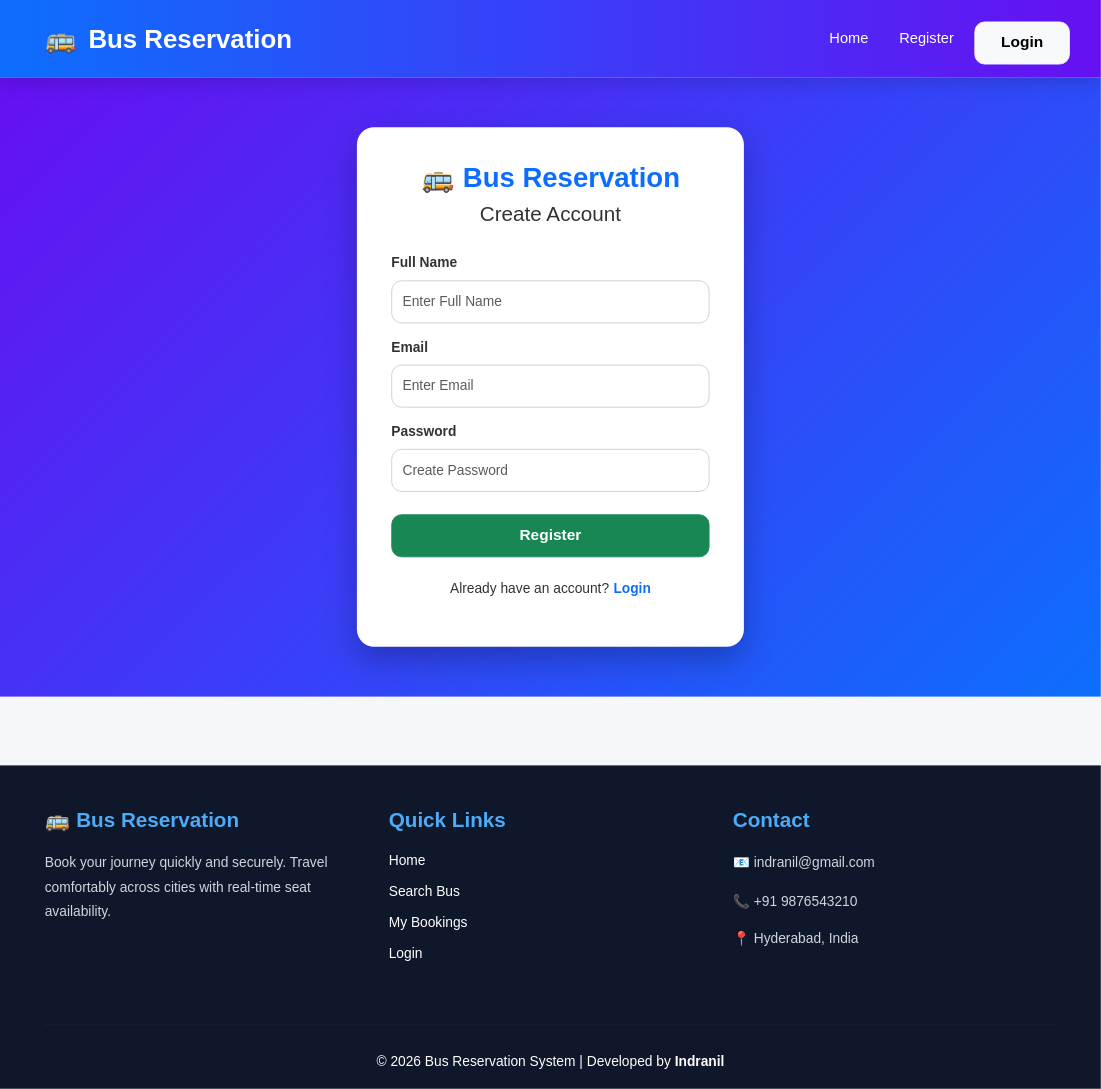
Repository: Eswarabhinay06/Bus-Reservation-System
Page: /register (app in AIML-09-Bus-Reservation-System-main/bus-reservation-frontend/)
These files come from the project's save history. The page is drawn as it stood at one moment and after the next save; the edit follows.
The browser window is 1280 px wide. The pictures show the whole page, at 86% of full size.
The project was rebuilt for these pictures with package versions that can differ from the ones it lists, and the page was loaded fresh each time. Also part of the build but not shown: AIML-09-Bus-Reservation-System-main/bus-reservation-frontend/vite.config.js, AIML-09-Bus-Reservation-System-main/bus-reservation-frontend/src/styles/Hero.css, AIML-09-Bus-Reservation-System-main/bus-reservation-frontend/src/components/Hero.jsx, AIML-09-Bus-Reservation-System-main/bus-reservation-frontend/src/components/SearchBar.jsx, AIML-09-Bus-Reservation-System-main/bus-reservation-frontend/src/styles/BusCard.css, AIML-09-Bus-Reservation-System-main/bus-reservation-frontend/src/components/BusCard.jsx, AIML-09-Bus-Reservation-System-main/bus-reservation-frontend/src/styles/SeatSelection.css, AIML-09-Bus-Reservation-System-main/bus-reservation-frontend/src/components/SeatSelection.jsx and 6 more.

Above is the page before, as saved 2026-07-14 10:46:50.

After the next save:
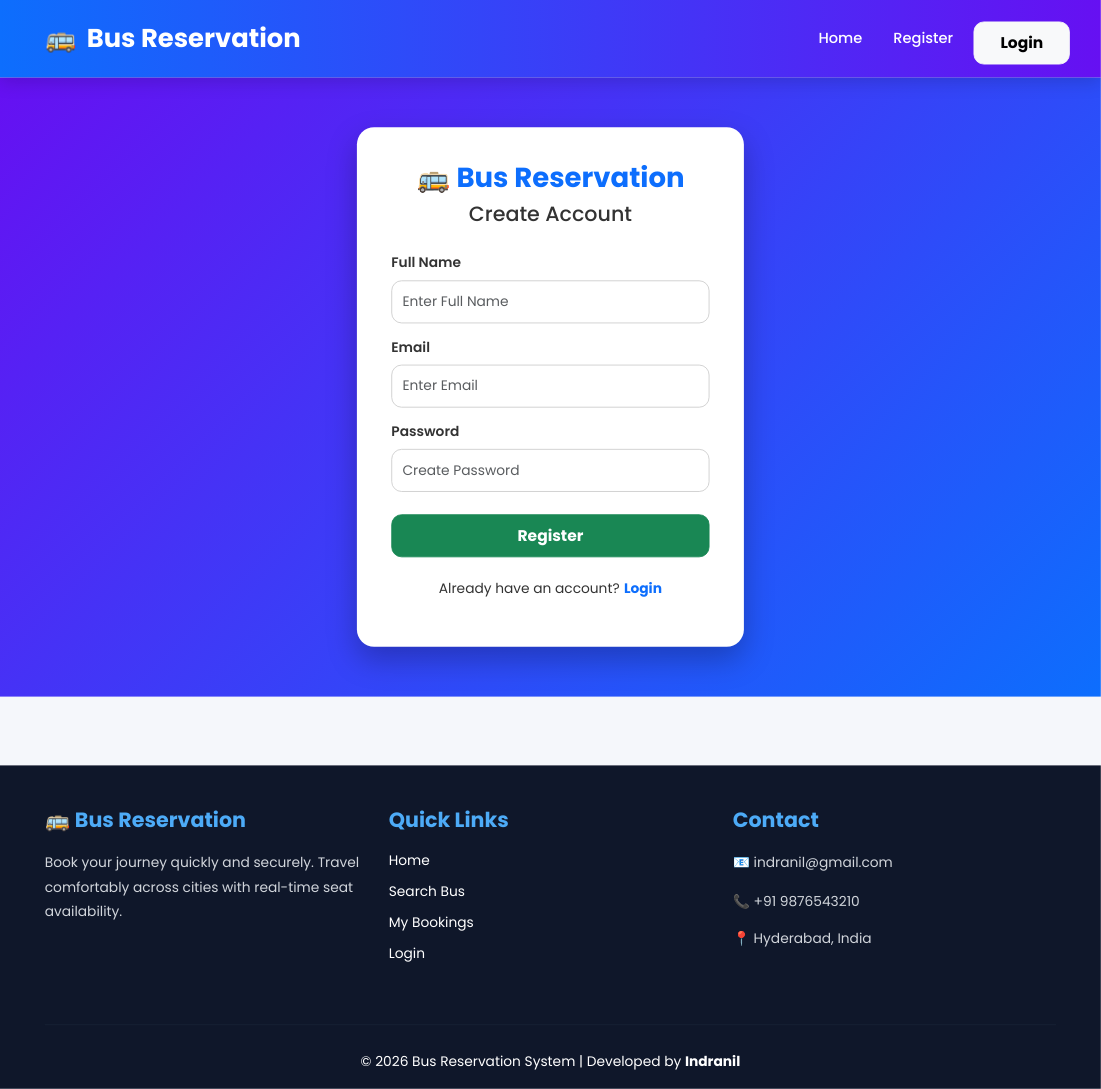
Saved 68 s later.
--- a/AIML-09-Bus-Reservation-System-main/bus-reservation-frontend/index.html
+++ b/AIML-09-Bus-Reservation-System-main/bus-reservation-frontend/index.html
@@ -1,13 +1,49 @@
 <!doctype html>
 <html lang="en">
-  <head>
-    <meta charset="UTF-8" />
-    <link rel="icon" type="image/svg+xml" href="/favicon.svg" />
-    <meta name="viewport" content="width=device-width, initial-scale=1.0" />
-    <title>bus-reservation-frontend</title>
-  </head>
-  <body>
-    <div id="root"></div>
-    <script type="module" src="/src/main.jsx"></script>
-  </body>
+
+<head>
+
+  <meta charset="UTF-8" />
+
+  <meta
+    name="viewport"
+    content="width=device-width, initial-scale=1.0"
+  />
+
+  <title>Bus Reservation System</title>
+
+  <meta
+    name="description"
+    content="Online Bus Reservation System"
+  />
+
+  <link
+    rel="preconnect"
+    href="https://fonts.googleapis.com"
+  />
+
+  <link
+    rel="preconnect"
+    href="https://fonts.gstatic.com"
+    crossorigin
+  />
+
+  <link
+    href="https://fonts.googleapis.com/css2?family=Poppins:wght@300;400;500;600;700;800&display=swap"
+    rel="stylesheet"
+  />
+
+</head>
+
+<body>
+
+  <div id="root"></div>
+
+  <script
+    type="module"
+    src="/src/main.jsx"
+  ></script>
+
+</body>
+
 </html>
